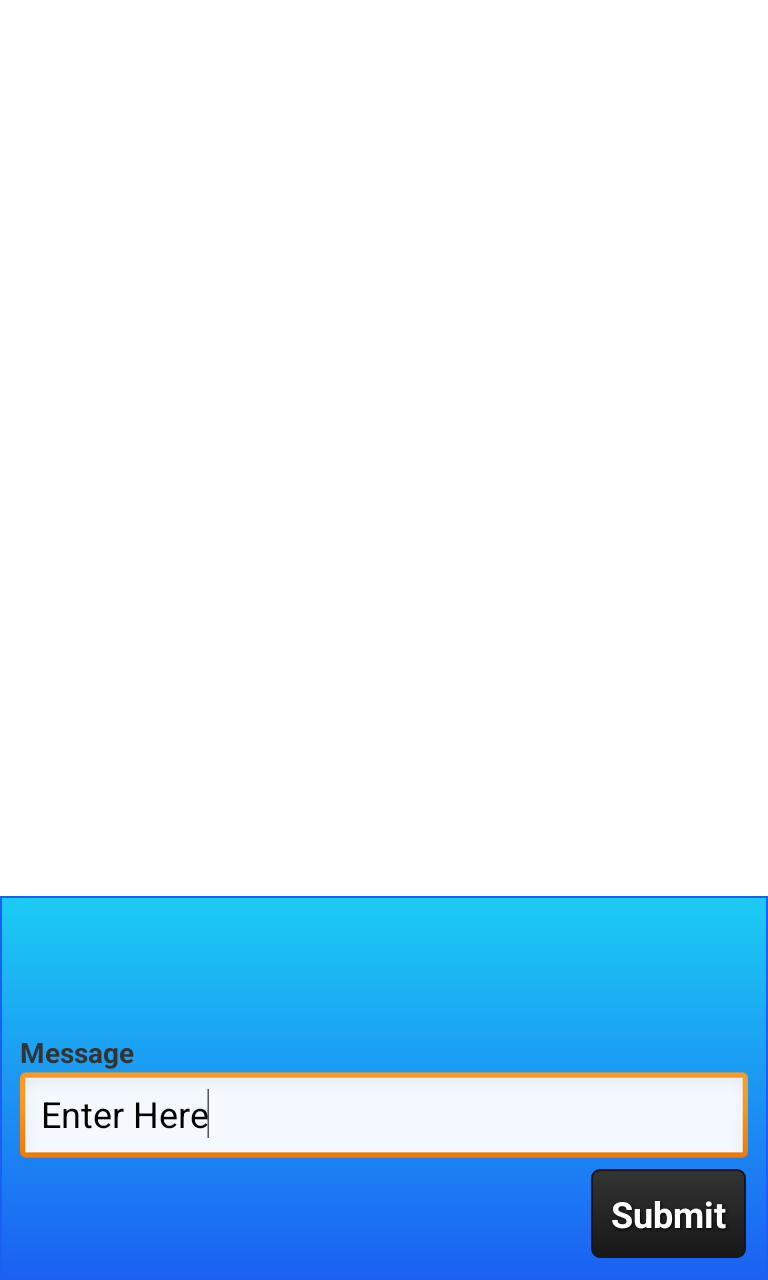
Repository: yuanpeixin/Project
Layout: GameForum/res/layout/add_reply.xml
An editor plug-in stored every save of this project. The layout is shown before and after the next save, followed by the edit.
It is drawn on a 768 x 1280 px phone screen (xhdpi) without system bars, with theme android:Theme.Translucent; the app's code is not run.

Above is the layout before, as saved 2015-10-07 05:53:49.

### GameForum/res/layout/add_reply.xml
<?xml version="1.0" encoding="utf-8"?>
<LinearLayout xmlns:android="http://schemas.android.com/apk/res/android"
    android:layout_width="match_parent"
    android:layout_height="match_parent"
    android:orientation="vertical"
    android:weightSum="10" >

    <LinearLayout
        android:layout_width="match_parent"
        android:layout_height="match_parent"
        android:layout_weight="3" >
    </LinearLayout>

    <RelativeLayout
        android:layout_width="match_parent"
        android:layout_height="match_parent"
        android:layout_weight="7"
        android:background="@drawable/blue_gradient" >

        <TextView
            android:layout_width="wrap_content"
            android:layout_height="wrap_content"
            android:layout_above="@+id/arET"
            android:layout_alignParentLeft="true"
            android:text="Message"
            android:textColor="#333"
            android:textStyle="bold" />

        <EditText
            android:id="@+id/arET"
            android:layout_width="match_parent"
            android:layout_height="wrap_content"
            android:layout_above="@+id/arSubmit"
            android:ems="10"
            android:inputType="textMultiLine"
            android:text="Enter Here" >

            <requestFocus />
        </EditText>

        <Button
            android:id="@+id/arSubmit"
            style="@style/WhiteText"
            android:layout_width="wrap_content"
            android:layout_height="wrap_content"
            android:layout_alignParentBottom="true"
            android:layout_alignParentRight="true"
            android:background="@drawable/black_button"
            android:text="Submit" />
    </RelativeLayout>

</LinearLayout>

### GameForum/res/drawable-hdpi/blue_gradient.xml
<?xml version="1.0" encoding="utf-8"?>
<selector xmlns:android="http://schemas.android.com/apk/res/android">

    <item android:state_pressed="true"><shape>
            <solid android:color="#1bccf3" />

            <stroke android:width="1dp" android:color="#1b60f3" />

            <padding android:bottom="10dp" android:left="10dp" android:right="10dp" android:top="10dp" />
        </shape></item>
    <item><shape>
            <gradient android:angle="270" android:endColor="#1b60f3" android:startColor="#1bccf3" />

            <stroke android:width="1dp" android:color="#1b60f3" />

            <padding android:bottom="10dp" android:left="10dp" android:right="10dp" android:top="10dp" />
        </shape></item>

</selector>

### GameForum/res/values/styles.xml
<resources>

    <!--
        Base application theme, dependent on API level. This theme is replaced
        by AppBaseTheme from res/values-vXX/styles.xml on newer devices.

    -->
    <style name="AppBaseTheme" parent="android:Theme.Light">
        <!--
            Theme customizations available in newer API levels can go in
            res/values-vXX/styles.xml, while customizations related to
            backward-compatibility can go here.

        -->
    </style>

    <!-- Application theme. -->
    <style name="AppTheme" parent="AppBaseTheme">
        <!-- All customizations that are NOT specific to a particular API-level can go here. -->
    </style>

    <style name="WhiteText">
        <item name="android:layout_width">fill_parent</item>
        <item name="android:layout_height">wrap_content</item>
        <item name="android:textColor">#ffffff</item>
        <item name="android:gravity">center</item>
        <item name="android:layout_margin">1dp</item>
        <item name="android:textSize">18sp</item>
        <item name="android:textStyle">bold</item>
        <item name="android:shadowColor">#000000</item>
        <item name="android:shadowDx">1</item>
        <item name="android:shadowDy">1</item>
        <item name="android:shadowRadius">2</item>
    </style>

    <style name="BlackText">
        <item name="android:layout_width">fill_parent</item>
        <item name="android:layout_height">wrap_content</item>
        <item name="android:textColor">#000000</item>
        <item name="android:gravity">center</item>
        <item name="android:layout_margin">5dp</item>
        <item name="android:textSize">25sp</item>
        <item name="android:textStyle">bold</item>
        <item name="android:shadowColor">#ffffff</item>
        <item name="android:shadowDx">1</item>
        <item name="android:shadowDy">1</item>
        <item name="android:shadowRadius">2</item>
    </style>



</resources>

### GameForum/res/drawable-hdpi/black_button.xml
<?xml version="1.0" encoding="utf-8"?>
<selector xmlns:android="http://schemas.android.com/apk/res/android">

    <item android:state_pressed="true"><shape>
            <solid android:color="#343434" />

            <stroke android:width="1dp" android:color="#171717" />

            <corners android:radius="3dp" />

            <padding android:bottom="10dp" android:left="10dp" android:right="10dp" android:top="10dp" />
        </shape></item>
    <item><shape>
            <gradient android:angle="270" android:endColor="#171717" android:startColor="#343434" />

            <stroke android:width="1dp" android:color="#171717" />

            <corners android:radius="4dp" />

            <padding android:bottom="10dp" android:left="10dp" android:right="10dp" android:top="10dp" />
        </shape></item>

</selector>

After the next save:
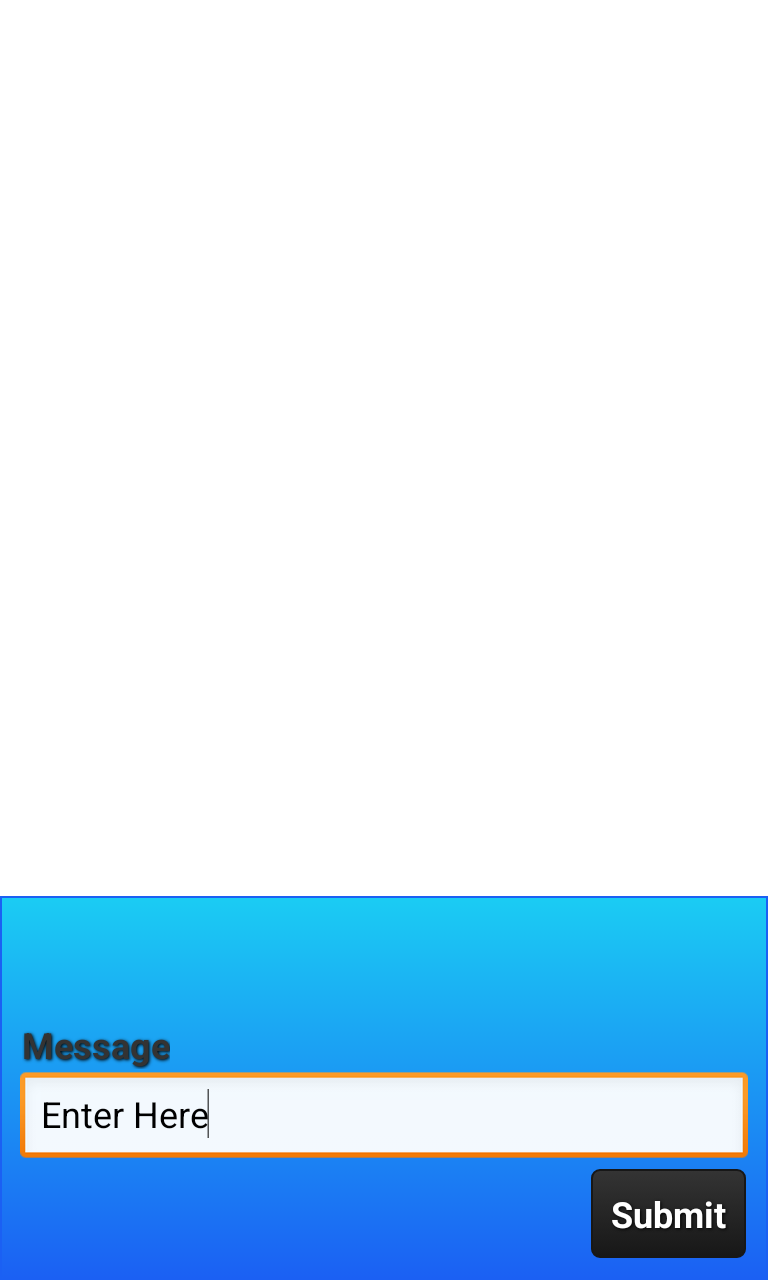
Saved 27 s later.
--- a/GameForum/res/layout/add_reply.xml
+++ b/GameForum/res/layout/add_reply.xml
@@ -20,6 +20,7 @@
         <TextView
             android:layout_width="wrap_content"
             android:layout_height="wrap_content"
+            style="@style/WhiteText"
             android:layout_above="@+id/arET"
             android:layout_alignParentLeft="true"
             android:text="Message"
